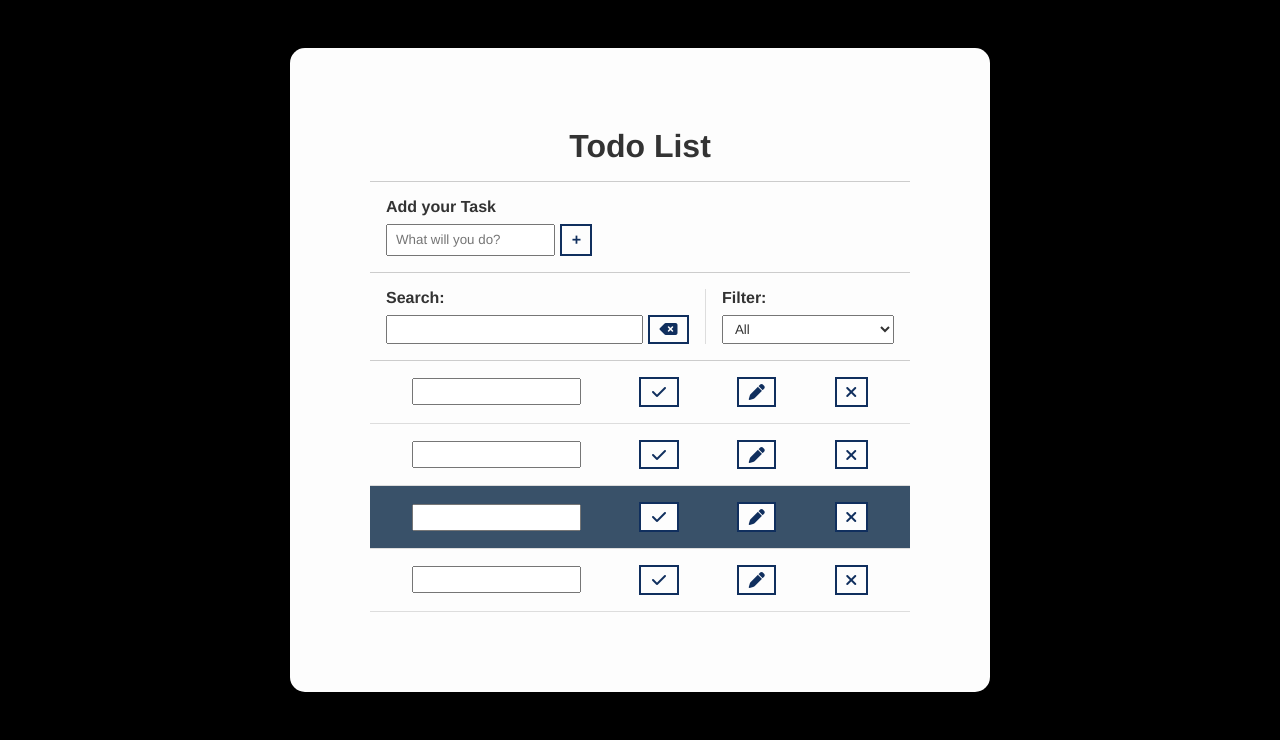
Repository: bek77g/todoList-vanillaJS
Page: index.html
These files come from the project's save history. The page is drawn as it stood at one moment and after the next save; the edit follows.
The browser window is 1280 px wide. The pictures show the whole page.
Some web libraries are served in a nearby version.

Above is the page before, as saved 2023-01-23 20:26:55.

### index.html
<!DOCTYPE html>
<html lang="en">
  <head>
    <meta charset="UTF-8" />
    <meta http-equiv="X-UA-Compatible" content="IE=edge" />
    <meta name="viewport" content="width=device-width, initial-scale=1.0" />
    <title>TodoList JS</title>
    <link rel="stylesheet" href="src/css/style.css" />
  </head>
  <body>
    <link
      rel="stylesheet"
      href="https://cdnjs.cloudflare.com/ajax/libs/font-awesome/6.1.2/css/all.min.css"
      integrity="sha512-1sCRPdkRXhBV2PBLUdRb4tMg1w2YPf37qatUFeS7zlBy7jJI8Lf4VHwWfZZfpXtYSLy85pkm9GaYVYMfw5BC1A=="
      crossorigin="anonymous"
      referrerpolicy="no-referrer"
    />
    <div class="todo-container">
      <header>
        <h1>Todo List</h1>
      </header>
      <form id="todo-form">
        <p>Add your Task</p>
        <div class="form-control">
          <input type="text" id="todo-input" placeholder="What will you do?" />
          <button type="submit">
            <i class="fa-thin fa-plus"></i>
          </button>
        </div>
      </form>
      <div id="toolbar">
        <div id="search">
          <h4>Search:</h4>
          <form>
            <input type="text" id="search-input" />
            <button id="erase-button">
              <i class="fa-solid fa-delete-left"></i>
            </button>
          </form>
        </div>
        <div id="filter">
          <h4>Filter:</h4>
          <select id="filter-select">
            <option value="all">All</option>
            <option value="done">Done</option>
            <option value="todo">Todo</option>
          </select>
        </div>
      </div>
      <div id="todo-list">
        <!-- <div class="todo done">
          <h3>
            It is very important to know that the patient is suffering from
            obesity
          </h3>
          <button class="finish-todo">
            <i class="fa-solid fa-check"></i>
          </button>
          <button class="edit-todo">
            <i class="fa-solid fa-pen"></i>
          </button>
          <button class="remove-todo">
            <i class="fa-solid fa-xmark"></i>
          </button>
        </div> -->
      </div>
    </div>
    <script src="src/js/app.js"></script>
  </body>
</html>

### src/css/style.css
/*geral*/
* {
  padding: 0;
  margin: 0;
  font-family: Helvetica;
  color: #333;
  box-sizing: border-box;
}

body {
  background-color: black;
}

button {
  background-color: #fdfdfd;
  color: #102f5e;
  border: 2px solid #102f5e;
  padding: 0.3rem 0.6rem;
  font-size: 1rem;
  cursor: pointer;
  display: flex;
  justify-content: center;
  align-items: center;
  transition: 0.4s;
}

button:hover {
  background-color: #102f5e;
  color: #fff;
}

button:hover > i {
  color: #fff;
}

button i {
  color: #102f5e;
  font-weight: bold;
  pointer-events: none;
}

.remove-todo:hover {
  background-color: red;
}

input,
select {
  padding: 0.25rem 0.5rem;
}

.hide {
  display: none;
}

/*TODO HEADER*/

.todo-container {
  max-width: 700px;
  margin: 3rem auto;
  background-color: #fdfdfd;
  padding: 5rem;
  border-radius: 15px;
}

.todo-container header {
  text-align: center;
  padding: 0 1rem 1rem;
  border-bottom: 1px solid #ccc;
}

/* TODO FORM*/

#todo-form,
#edit-form {
  padding: 1rem;
  border-bottom: 1px solid #ccc;
}

#todo-form p,
#edit-form p {
  margin-bottom: 0.5rem;
  font-weight: bold;
}

.form-control {
  display: flex;
}

.form-control input {
  margin-right: 0.3rem;
}

#cancel-edit-btn {
  margin-top: 1rem;
}

/* TODO TOOLBAR */

#toolbar {
  padding: 1rem;
  border-bottom: 1px solid #ccc;
  display: flex;
}

#toolbar h4 {
  margin-bottom: 0.5rem;
}

#search {
  border-right: 1px solid #ddd;
  padding-right: 1rem;
  margin-right: 1rem;
  width: 65%;
  display: flex;
  flex-direction: column;
}

#search form {
  display: flex;
}

#search input {
  width: 100%;
  margin-right: 0.3rem;
}

#filter {
  width: 35%;
  display: flex;
  flex-direction: column;
}

#filter select {
  flex: 1;
}

/* TODO LIST */

.todo {
  display: flex;
  justify-content: space-around;
  align-items: center;
  padding: 1rem;
  border-bottom: 1px solid #ddd;
  transition: 0.3s;
}

.todo h3 {
  flex: 1;
  font-size: 0.9rem;
}

.todo button {
  margin-left: 0.4rem;
}

.done {
  background-color: #395169;
}

.done h3 {
  color: #fff;
  text-decoration: line-through;
  font-style: italic;
}

### src/js/app.js
let todoData = [
  {
    key: 1,
    text: 'It is very important to know that the patient is suffering from obesity ',
    isDone: false,
    isEditable: false,
  },
  {
    key: 2,
    text: 'Complete ',
    isDone: false,
    isEditable: false,
  },
  {
    key: 3,
    text: 'Complete 2',
    isDone: true,
    isEditable: false,
  },
  {
    key: 4,
    text: 'It is very important to know that the patient is suffering from obesity ',
    isDone: false,
    isEditable: false,
  },
];

let searchValue = '';
let filterValue = 'all';

//elements
const todoForm = document.querySelector('#todo-form');
const todoInput = document.querySelector('#todo-input');
const todoList = document.querySelector('#todo-list');
const searchInput = document.querySelector('#search-input');
const filterInput = document.querySelector('#filter-select');

const showTodosData = () => {
  todoList.innerHTML = '';
  todoData
    .filter((todo) =>
      todo.text.toLocaleLowerCase().includes(searchValue.toLocaleLowerCase())
    )
    .filter((el) => {
      if (filterValue === 'all') return el;
      if (filterValue === 'done' && el.isDone) return el;
      if (filterValue === 'todo' && !el.isDone) return el;
    })
    .forEach(({ key, text, isDone, isEditable }) => {
      todoList.innerHTML += `
        <div class="todo ${isDone ? 'done' : ''}">
          ${isEditable ? `<h3>${text}</h3>` : `<input />`}
          <button class="finish-todo">
            <i class="fa-solid fa-check"></i>
          </button>
          <button class="edit-todo">
            <i class="fa-solid fa-pen"></i>
          </button>
          <button class="remove-todo">
            <i class="fa-solid fa-xmark"></i>
          </button>
        </div>
    `;
    });
};

const addTodo = (text) => {
  let todoBody = {
    key: new Date().getTime(),
    text: text,
    isDone: false,
    isEditable: false,
  };
  todoData.push(todoBody);
  todoInput.value = '';
  todoInput.focus();
  showTodosData();
};

todoForm.addEventListener('submit', (e) => {
  e.preventDefault();
  const inputValue = todoInput.value;
  if (inputValue) {
    addTodo(inputValue);
  }
});

searchInput.addEventListener('input', (e) => {
  searchValue = e.target.value;
  showTodosData();
});
filterInput.addEventListener('input', (e) => {
  filterValue = e.target.value;
  showTodosData();
});

//Edit

showTodosData();

After the next save:
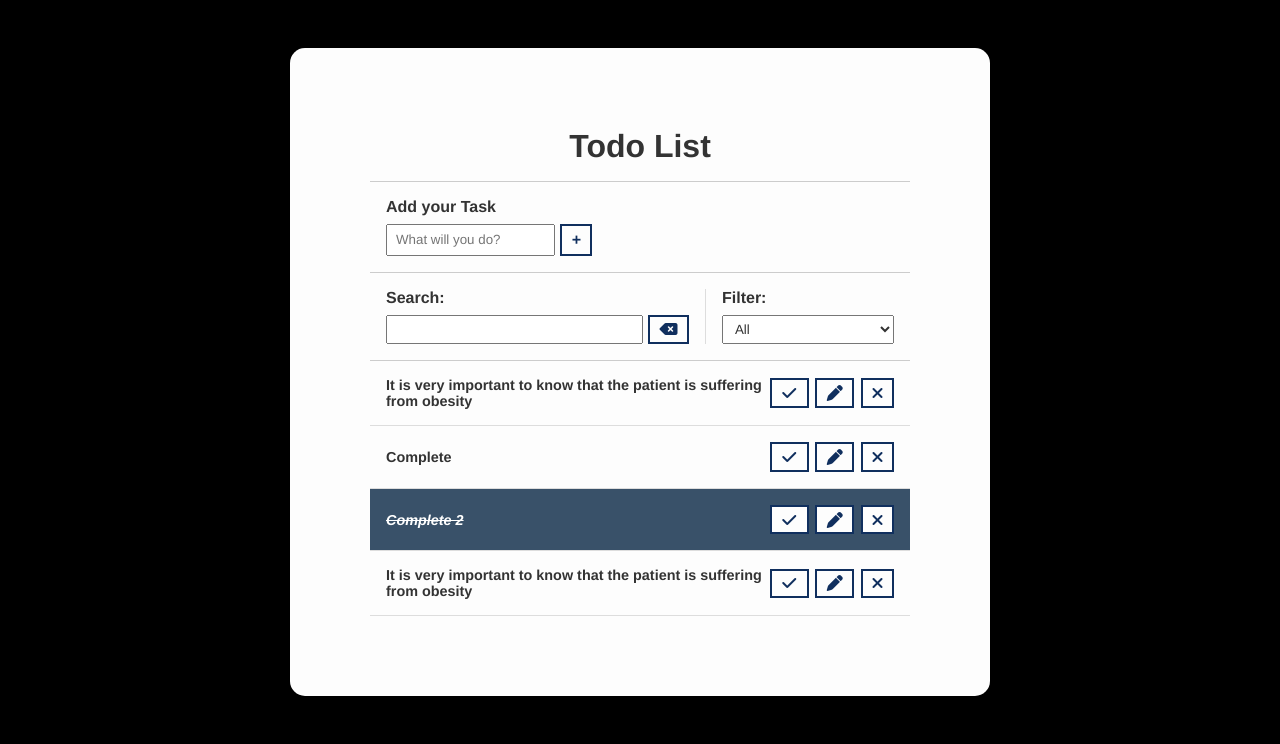
Saved 18 s later.
--- a/src/js/app.js
+++ b/src/js/app.js
@@ -49,7 +49,7 @@ const showTodosData = () => {
     .forEach(({ key, text, isDone, isEditable }) => {
       todoList.innerHTML += `
         <div class="todo ${isDone ? 'done' : ''}">
-          ${isEditable ? `<h3>${text}</h3>` : `<input />`}
+          ${isEditable ? `<input />` : `<h3>${text}</h3>`}
           <button class="finish-todo">
             <i class="fa-solid fa-check"></i>
           </button>
